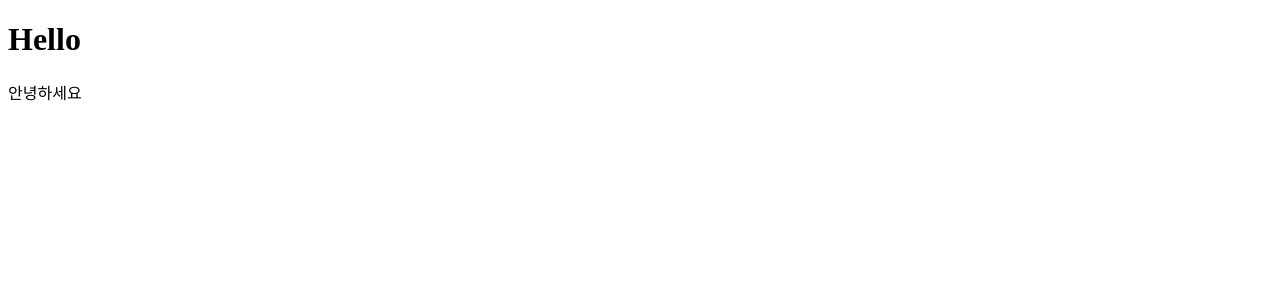
Repository: sujin9335/sever
Page: ServletTest/src/main/webapp/Hello.html
An editor plug-in stored every save of this project. The page is shown before and after the next save, followed by the edit.
The browser window is 1280 px wide. The pictures show the whole page.

Above is the page before, as saved 2023-10-17 00:40:21.
Console error: TypeError: document.getElementByid is not a function

### ServletTest/src/main/webapp/Hello.html
<!DOCTYPE html>
<html>
<head>
<meta charset="UTF-8">
<title>Insert title here</title>
</head>
<body>
	<h1>Hello</h1>
	<p>안녕하세요</p>
	<p id="time"></p>

	<script>
		document.getElementByid("time").innerText
			= (new Date()).toLocaleTimeString;

	</script>

</body>
</html>

After the next save:
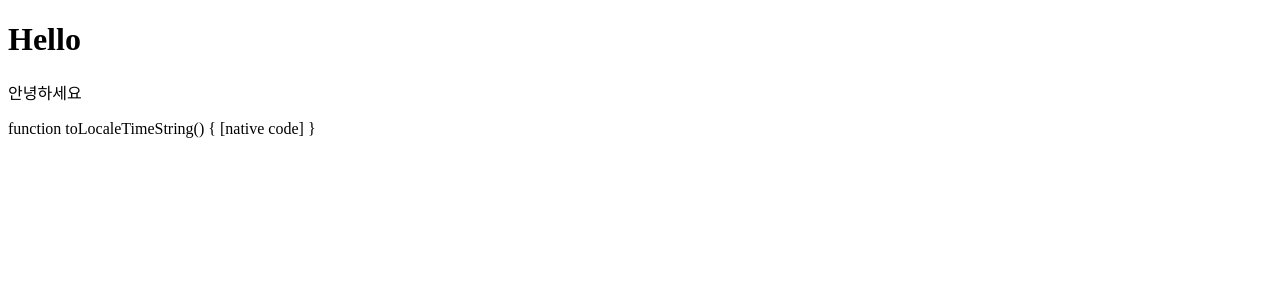
The error is gone.
Saved 2 min 6 s later.
--- a/ServletTest/src/main/webapp/Hello.html
+++ b/ServletTest/src/main/webapp/Hello.html
@@ -10,7 +10,7 @@
 	<p id="time"></p>
 
 	<script>
-		document.getElementByid("time").innerText
+		document.getElementById("time").innerText
 			= (new Date()).toLocaleTimeString;
 
 	</script>
